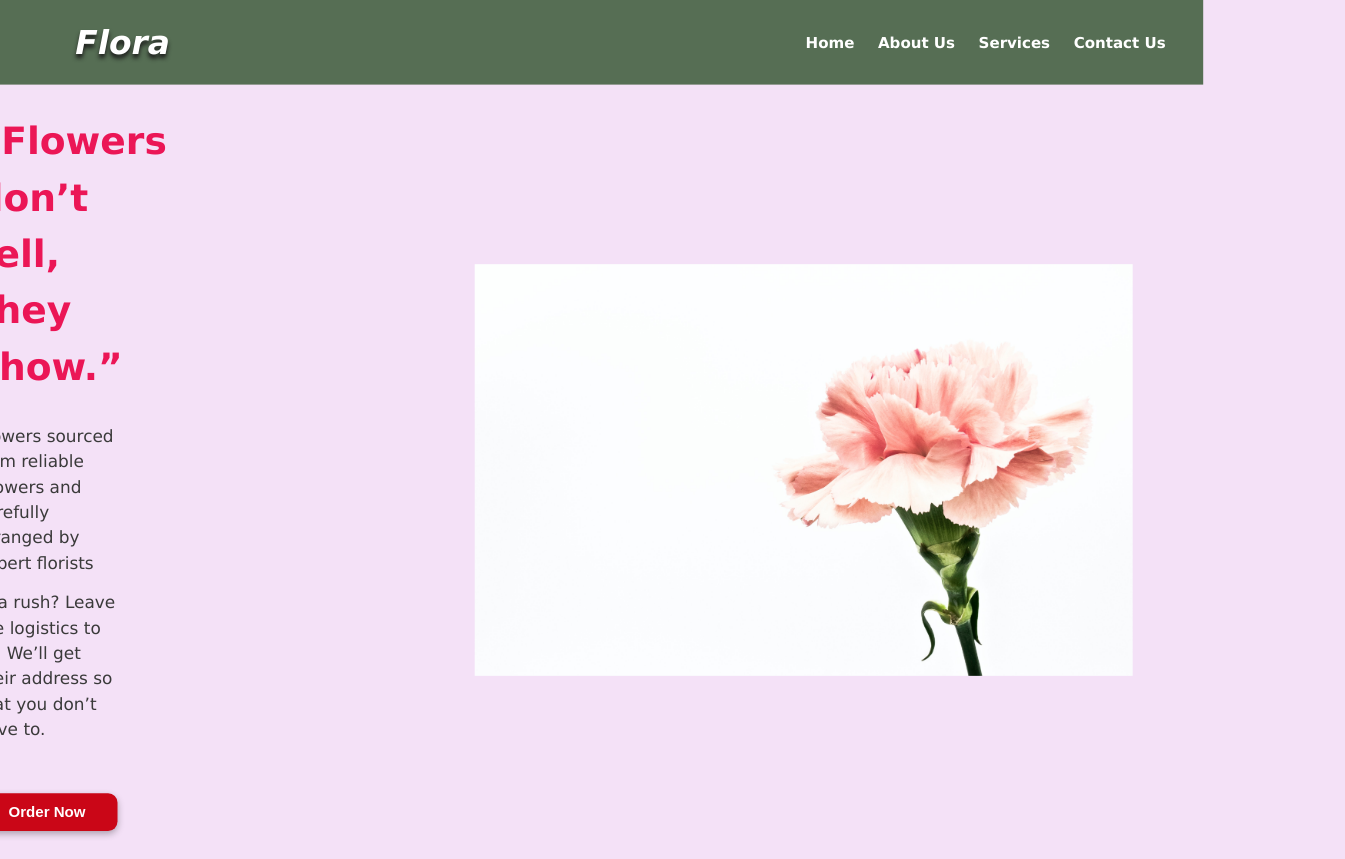
Repository: SaadYasin/test003-flex-box
Page: index.html
The author's editor kept a copy of each file at every save. The page is drawn from the files as they stood at one save, then again after the next save.
The browser window is 1280 px wide. The page is 1405 px wide, then 1431 px, so the pictures cover 1431 px, including what lies to the right of the window. The pictures show the whole page, at 94% of full size.

Above is the page before, as saved 2022-10-27 20:40:17.

### index.html
<!DOCTYPE html>
<html lang="en">
<head>
  <meta charset="UTF-8">
  <meta http-equiv="X-UA-Compatible" content="IE=edge">
  <meta name="viewport" content="width=device-width, initial-scale=1.0">
  <title>Business Assistant</title>

  <link rel="stylesheet" href="styles.css">
</head>
<body>
  <header>
    <div class="header-container">
      <h1 class="logo">Flora</h1>
      <nav>
        <ul>
          <li><a href="#">Home</a></li>
          <li><a href="#">About Us</a></li>
          <li><a href="#">Services</a></li>
          <li><a href="#">Contact Us</a></li>
        </ul>
      </nav>
    </div>
  </header>
  <section class="hero-section">
    <div class="hero-text">
      <h1 class="hero-title">“Flowers don’t tell, they show.”</h1>
      <p class="hero-paragraph">Flowers sourced from reliable growers and carefully arranged by expert florists</p>
      <p class="hero-paragraph">In a rush? Leave the logistics to us. We’ll get their address so that you don’t have to.</p>
      <button type="button" class="coa-btn">Order Now</button>
    </div>
    <div><img src="./images/alesia_flower.jpg" alt="" class="hero-img"></div>
  </section>
</body>
</html>

### styles.css
* {
  padding: 0;
  margin: 0;
  box-sizing: border-box;
}

body {
  background: rgb(244, 225, 247);
  font-family: Verdana, Geneva, Tahoma, sans-serif;
}

.header-container {
  display: flex;
  justify-content: space-between;
  align-items: center;
  background: rgb(86, 110, 84);
  height: 90px;
  padding: 20px;
}

.logo {
  font-size: 35px;
  font-weight: bolder;
  color: white;
  font-style: italic;
  text-shadow: 0 5px 5px rgb(27, 27, 27);
  margin-left: 60px;
}

nav ul li {
  display: inline;
}

nav ul li a {
  text-decoration: none;
  margin-right: 20px;
  font-weight: bold;
  color: white;
}

nav ul li a:hover {
  text-decoration: underline;
  color: rgb(238, 139, 169);
}

.hero-section {
  /* background-image: url(/images/bg-img-small.jpg);
  background-repeat: no-repeat;
  background-size: cover;
  height: 850px; */
  display: flex;
  /* flex-wrap: wrap; */
  justify-content: center;
  align-items: center;
  padding: 30px;
  gap: 80px;

}

.hero-text {
  display: flex;
  flex-direction: column;
  min-width: 350px;
  max-width: 70%;
  padding: 0 100px;
}

.hero-img {
  width: 700px;
  margin: 100px 200px;
}

.hero-title {
  font-size: 40px;
  font-weight: bold;
  line-height: 1.5;
  color: rgb(235, 22, 86);
  margin-bottom: 30px;
}

.hero-text p {
  font-size: 18px;
  line-height: 1.5;
  color: #3a3a3a;
  margin-bottom: 15px;
}

.coa-btn {
  display: inline-block;
  background-color: rgb(202, 6, 23);
  font-size: 1rem;
  font-weight: bold;;
  color: white;
  width: 150px;
  height: 40px;
  border: none;
  outline: none;
  box-shadow: 0 3px 8px rgba(0, 0, 0, 0.3);
  border-radius: 10px;
  padding: 10px 20px;
  margin-top: 40px;
}

After the next save:
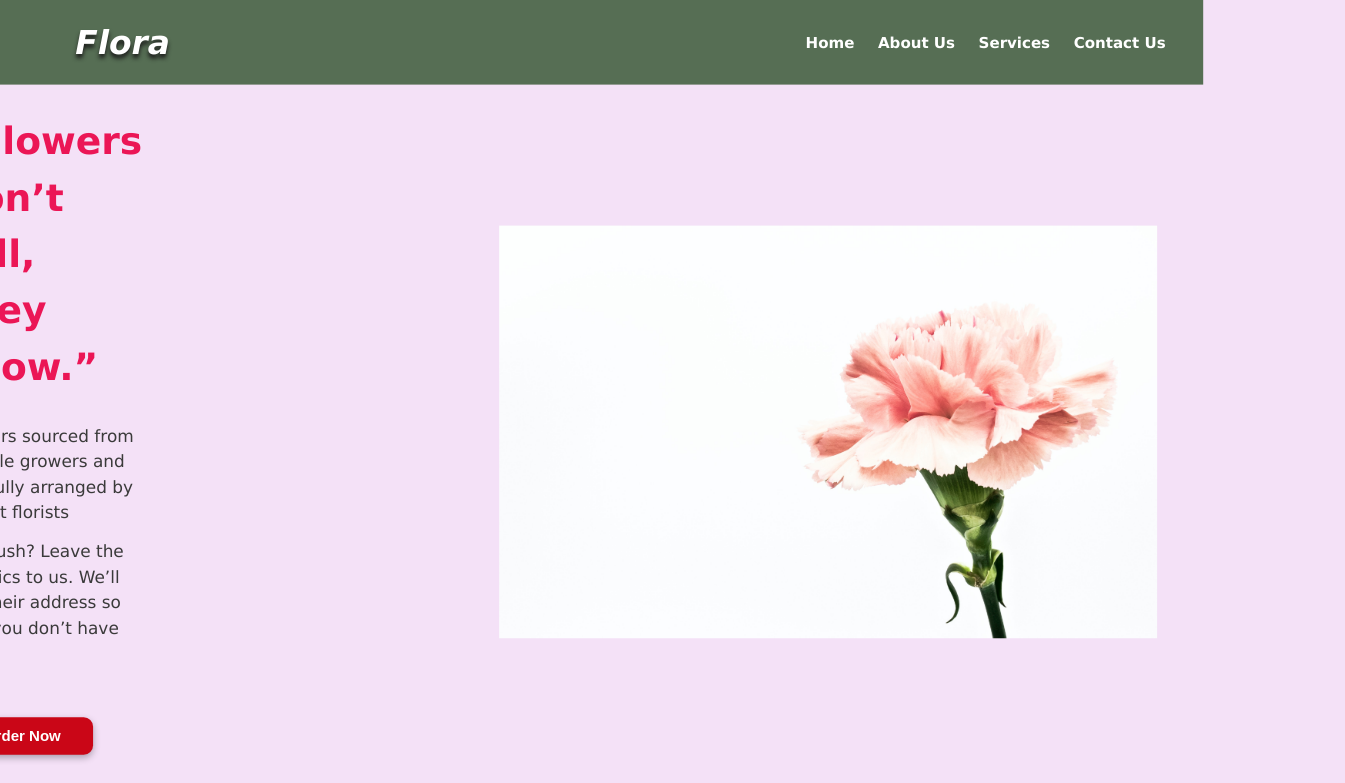
Saved 44 min 14 s later.
--- a/styles.css
+++ b/styles.css
@@ -60,7 +60,6 @@ nav ul li a:hover {
 .hero-text {
   display: flex;
   flex-direction: column;
-  min-width: 350px;
   max-width: 70%;
   padding: 0 100px;
 }
